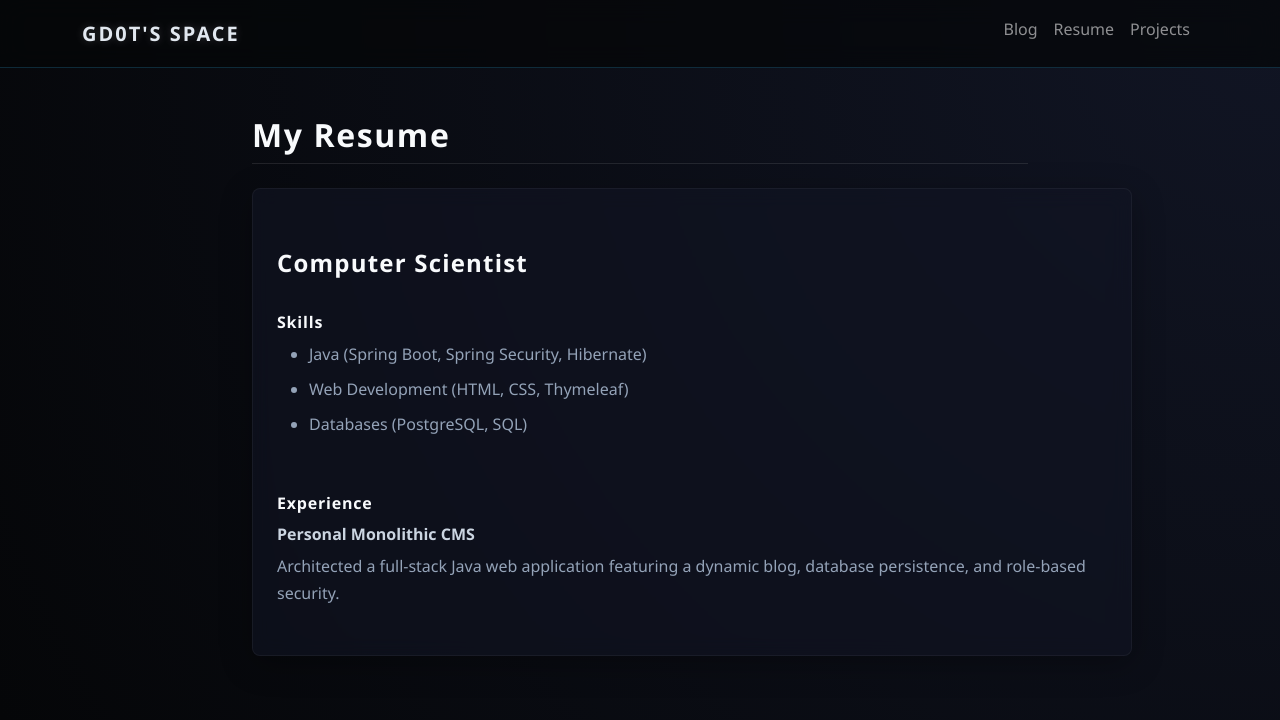
Repository: gd0t/gd0t-blog
Page: http://localhost/resume
An editor plug-in stored every save of this project. The page is shown before and after the next save, followed by the edit.
The browser window is 1280 px wide. The pictures show the whole page.
The page is this project's Thymeleaf template; nobody is signed in. The template is opened directly, without the code that normally fills it, so the values that code supplies are empty.

Above is the page before, as saved 2026-06-03 17:05:15.

### gd0t/src/main/resources/templates/resume.html
<!DOCTYPE html>
<html xmlns:th="http://www.thymeleaf.org" lang="en">
<head th:replace="~{fragments :: head('Resume | My Website')}"></head>
<body class="bg-light">
    <nav th:replace="~{fragments :: navbar}"></nav>

    <div class="container mt-4" style="max-width: 800px;">
        <h2 class="mb-4 pb-2 border-bottom">My Resume</h2>

        <div class="card p-4 shadow-sm border-0 mb-4">
            <h4 class="fw-bold">Computer Scientist</h4>

            <h6 class="fw-bold mt-4">Skills</h6>
            <ul class="text-muted">
                <li>Java (Spring Boot, Spring Security, Hibernate)</li>
                <li>Web Development (HTML, CSS, Thymeleaf)</li>
                <li>Databases (PostgreSQL, SQL)</li>
            </ul>

            <h6 class="fw-bold mt-4">Experience</h6>
            <p class="mb-1"><strong>Personal Monolithic CMS</strong></p>
            <p class="text-muted">Architected a full-stack Java web application featuring a dynamic blog, database persistence, and role-based security.</p>
        </div>
    </div>
</body>
</html>

### gd0t/src/main/resources/templates/fragments.html
<!DOCTYPE html>
<html xmlns:th="http://www.thymeleaf.org" xmlns:sec="http://www.thymeleaf.org/extras/spring-security" lang="en">

<head th:fragment="head(pageTitle)">
    <meta charset="UTF-8">
    <meta name="viewport" content="width=device-width, initial-scale=1">
    <title th:text="${pageTitle}">DevBlog</title>
    <link href="https://cdn.jsdelivr.net/npm/bootstrap@5.3.2/dist/css/bootstrap.min.css" rel="stylesheet">
    <link rel="stylesheet" th:href="@{/css/style.css}">
</head>

<body>

<nav th:fragment="navbar" class="navbar navbar-expand-lg navbar-dark bg-dark mb-4">
    <div class="container">
        <a class="navbar-brand fw-bold" href="/">Gd0t's Space</a>
        <button class="navbar-toggler" type="button" data-bs-toggle="collapse" data-bs-target="#navbarNav">
            <span class="navbar-toggler-icon"></span>
        </button>
        <div class="collapse navbar-collapse" id="navbarNav">
            <ul class="navbar-nav ms-auto">
                <li class="nav-item"><a class="nav-link" href="/">Blog</a></li>
                <li class="nav-item"><a class="nav-link" href="/resume">Resume</a></li>
                <li class="nav-item"><a class="nav-link" href="/projects">Projects</a></li>

                <li class="nav-item ms-lg-3" sec:authorize="isAuthenticated()">
                    <a class="btn btn-primary btn-sm mt-1" th:href="@{/new}">Write Post</a>
                </li>
                <li class="nav-item ms-lg-2" sec:authorize="isAuthenticated()">
                    <form th:action="@{/logout}" method="post" class="d-inline">
                        <button type="submit" class="btn btn-outline-light btn-sm mt-1">Logout</button>
                    </form>
                </li>
            </ul>
        </div>
    </div>
</nav>

<div th:fragment="scripts">
    <script src="https://cdn.jsdelivr.net/npm/bootstrap@5.3.2/dist/js/bootstrap.bundle.min.js"></script>
</div>
</body>
</html>

### gd0t/src/main/resources/static/css/style.css
body {
    background: radial-gradient(circle at top right, #111524, #050608);
    background-attachment: fixed;
    font-family: 'Segoe UI', Roboto, 'Helvetica Neue', Arial, sans-serif;
    color: #cbd5e1;
    line-height: 1.7;
}

h1, h2, h3, h4, h5, h6 {
    font-weight: 700;
    line-height: 1.2;
    margin-top: 1.5em;
    margin-bottom: 0.5em;
    color: #212529;
}

h1 { font-size: 2.5em; }   /* ~40px */
h2 { font-size: 2em; }     /* ~32px */
h3 { font-size: 1.75em; }  /* ~28px */
h4 { font-size: 1.5em; }   /* ~24px */
h5 { font-size: 1.25em; }  /* ~20px */
h6 { font-size: 1em; }     /* ~16px */

p {
    font-size: 1em;
    margin-top: 0;
    margin-bottom: 1.5em;
}

ul, ol {
    font-size: 1em;
    margin-top: 0;
    margin-bottom: 1.5em;
    padding-left: 2em;
}

li {
    margin-bottom: 0.5em;
}

a {
    color: #0d6efd;
    text-decoration: none;
    transition: color 0.2s ease-in-out;
}

a:hover {
    color: #0a58ca;
    text-decoration: underline;
}

code {
    font-family: 'Courier New', Courier, monospace;
    font-size: 0.9em;
    background-color: #e9ecef;
    padding: 0.2em 0.4em;
    border-radius: 0.2em;
    color: #d63384;
}

pre {
    background-color: #212529;
    color: #f8f9fa;
    padding: 1em;
    border-radius: 0.3em;
    overflow-x: auto;
    margin-bottom: 1.5em;
}

pre code {
    background-color: transparent;
    color: inherit;
    padding: 0;
}

h1, h2, h3, h4, h5, h6 {
    color: #f8fafc;
    font-weight: 600;
    letter-spacing: 0.05em;
}

.navbar {
    background-color: rgba(5, 6, 8, 0.7) !important;
    backdrop-filter: blur(12px);
    border-bottom: 1px solid rgba(56, 189, 248, 0.2);
}

.navbar-brand {
    color: #e2e8f0 !important;
    text-transform: uppercase;
    letter-spacing: 2px;
    text-shadow: 0 0 10px rgba(255, 255, 255, 0.2);
}

.card {
    background-color: rgba(17, 21, 36, 0.6);
    backdrop-filter: blur(10px);
    border: 1px solid rgba(255, 255, 255, 0.05) !important;
    border-radius: 8px;
    color: #cbd5e1;
    box-shadow: 0 8px 32px rgba(0, 0, 0, 0.3) !important;
    transition: transform 0.2s ease-in-out, box-shadow 0.2s;
}

a .card:hover, .card:hover {
    transform: translateY(-2px);
    box-shadow: 0 8px 32px rgba(56, 189, 248, 0.1) !important;
    border: 1px solid rgba(56, 189, 248, 0.3) !important;
}

a {
    color: #38bdf8;
    text-decoration: none;
    transition: all 0.3s ease;
}

a:hover {
    color: #7dd3fc;
    text-shadow: 0 0 8px rgba(56, 189, 248, 0.6);
}

.btn-primary {
    background-color: transparent;
    color: #38bdf8;
    border: 1px solid #38bdf8;
    box-shadow: 0 0 10px rgba(56, 189, 248, 0.1);
}

.btn-primary:hover {
    background-color: #38bdf8;
    color: #050608;
    box-shadow: 0 0 15px rgba(56, 189, 248, 0.5);
    border-color: #38bdf8;
}

.btn-outline-secondary, .btn-outline-primary, .btn-outline-dark {
    background-color: transparent;
    color: #cbd5e1;
    border: 1px solid rgba(203, 213, 225, 0.3);
}

.btn-outline-secondary:hover, .btn-outline-primary:hover, .btn-outline-dark:hover {
    background-color: rgba(203, 213, 225, 0.1);
    color: #f8fafc;
    border-color: #f8fafc;
}

input[type="text"], textarea, .form-control {
    background-color: rgba(5, 6, 8, 0.5) !important;
    color: #f8fafc !important;
    border: 1px solid rgba(255, 255, 255, 0.1) !important;
}

input[type="text"]:focus, textarea:focus, .form-control:focus {
    background-color: rgba(5, 6, 8, 0.8) !important;
    border-color: #38bdf8 !important;
    box-shadow: 0 0 0 0.25rem rgba(56, 189, 248, 0.25) !important;
}

.text-muted, .text-secondary {
    color: #94a3b8 !important;
}

.border-bottom {
    border-color: rgba(255, 255, 255, 0.1) !important;
}



.card {
	width: 55em;
}

After the next save:
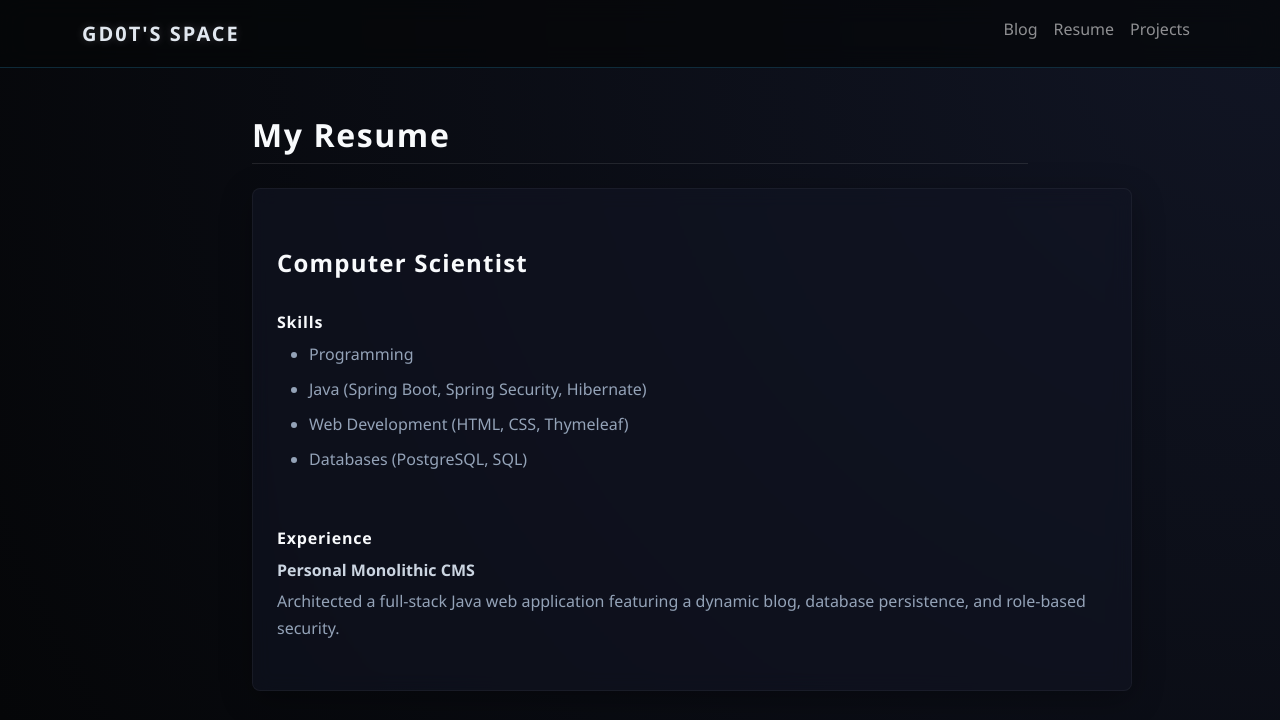
Saved 75 min 42 s later.
--- a/gd0t/src/main/resources/templates/resume.html
+++ b/gd0t/src/main/resources/templates/resume.html
@@ -12,6 +12,7 @@
 
             <h6 class="fw-bold mt-4">Skills</h6>
             <ul class="text-muted">
+            	<li>Programming </li>
                 <li>Java (Spring Boot, Spring Security, Hibernate)</li>
                 <li>Web Development (HTML, CSS, Thymeleaf)</li>
                 <li>Databases (PostgreSQL, SQL)</li>
